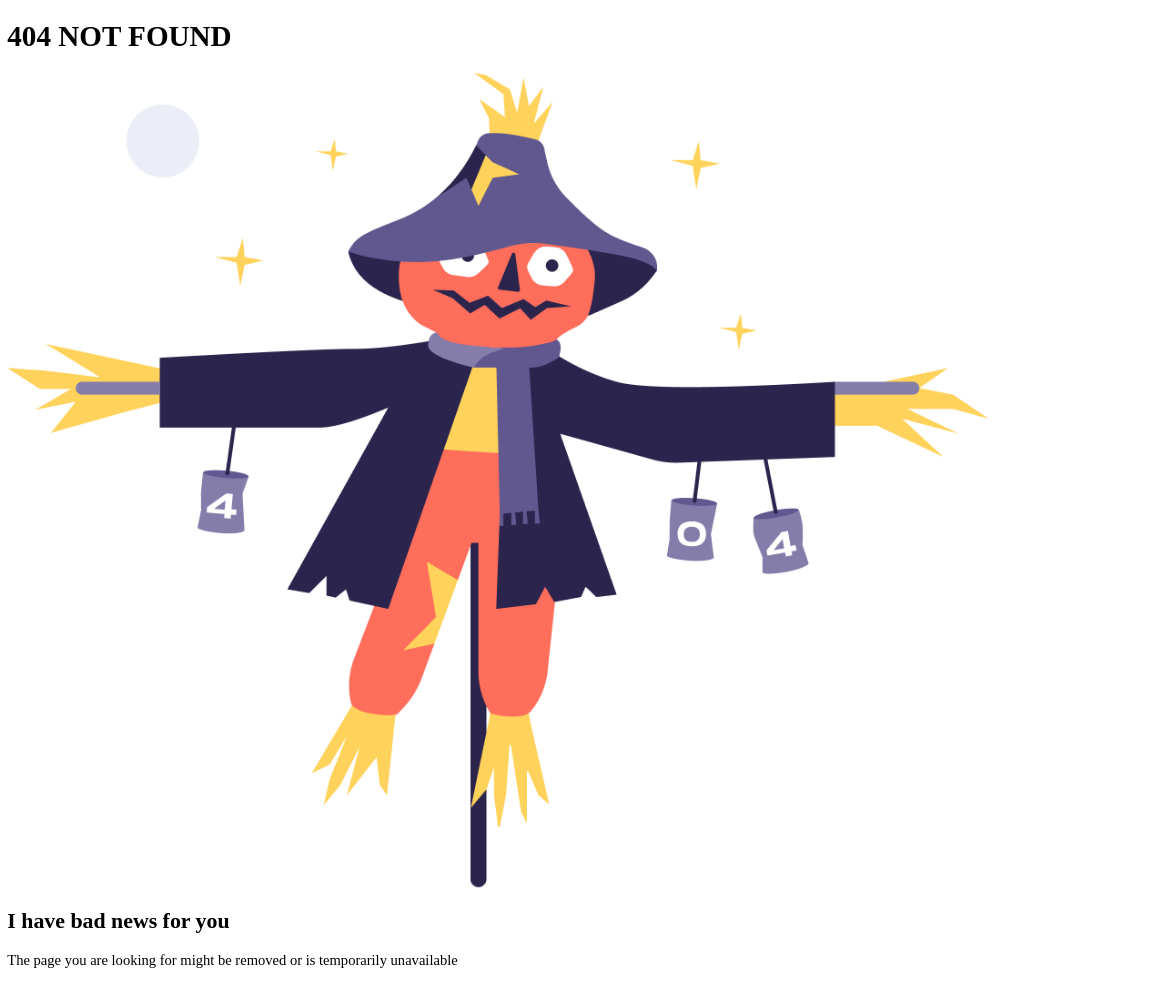
Repository: kellyalves87/404_not_found
Page: index.html
The author's editor kept a copy of each file at every save. The page is drawn from the files as they stood at one save, then again after the next save.
The browser window is 1280 px wide. The pictures show the whole page, at 91% of full size.

Above is the page before, as saved 2021-05-16 14:28:36.

### index.html
<!DOCTYPE html>
<html lang="en">

<head>
  <meta charset="utf-8" />
  <meta name="viewport" content="width=device-width, initial-scale=1,
  maximum-scale=5" />

  <link rel="icon" href="./assets/devchallenges.png" />

  <link rel="shortcut icon" type="image/x-icon" href="https://devchallenges.io/" />

  <link rel="preconnect" href="https://fonts.gstatic.com">
  <link href="https://fonts.googleapis.com/css2?family=Inconsolata:wght@700&family=Space+Mono:wght@400;700&display=swap"
    rel="stylesheet">

  <title>Devchallenges</title>
</head>

<body>
  <h1>404 NOT FOUND</h1>
  <img src="./assets/Scarecrow.png" alt="straw man">
  <h2>I have bad news for you</h2>
  <p>The page you are looking for might be removed or is temporarily unavailable</p>
</body>

</html>

After the next save:
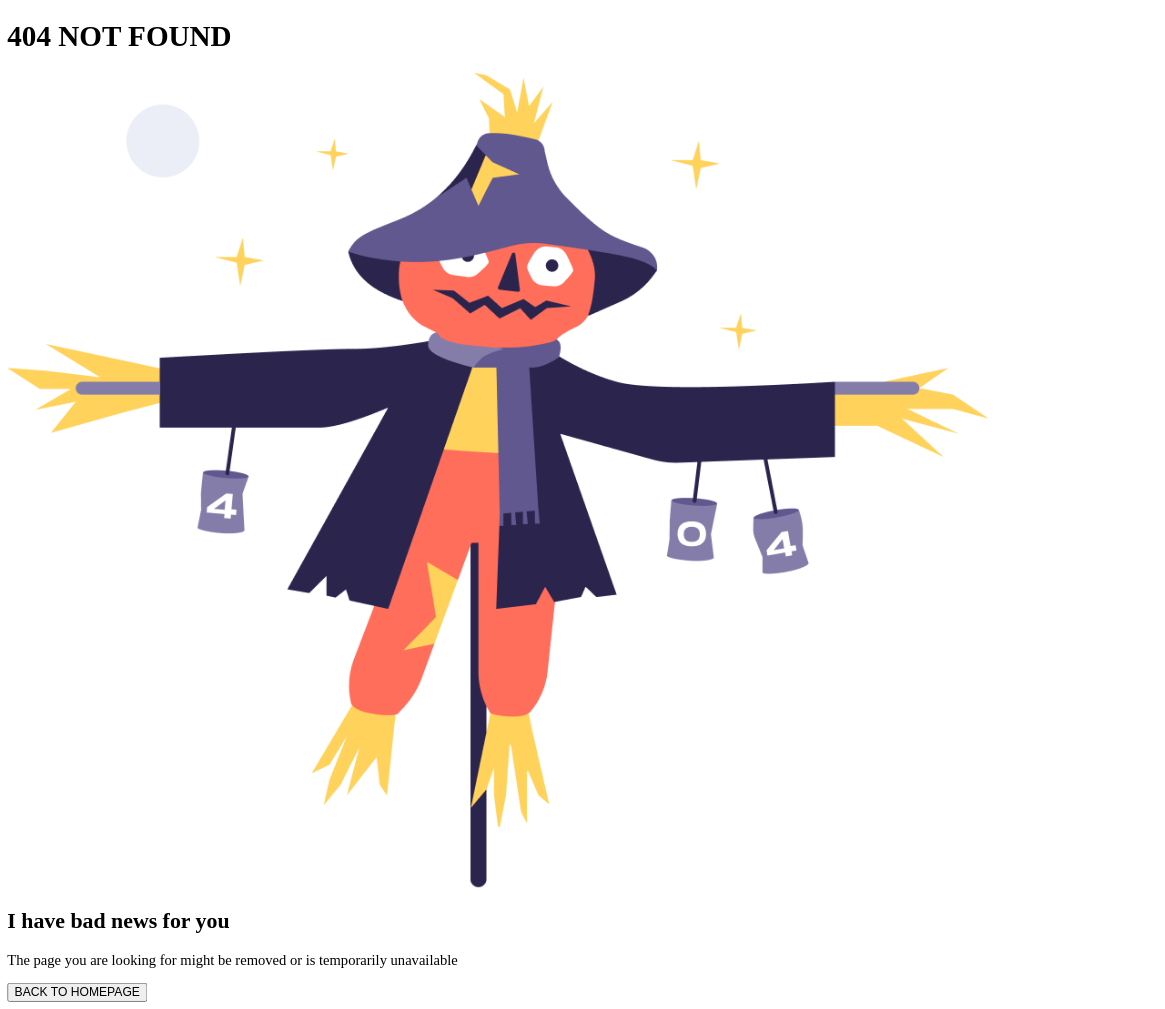
Saved 28 s later.
--- a/index.html
+++ b/index.html
@@ -22,6 +22,7 @@
   <img src="./assets/Scarecrow.png" alt="straw man">
   <h2>I have bad news for you</h2>
   <p>The page you are looking for might be removed or is temporarily unavailable</p>
+  <button type="button">BACK TO HOMEPAGE</button>
 </body>
 
 </html>
